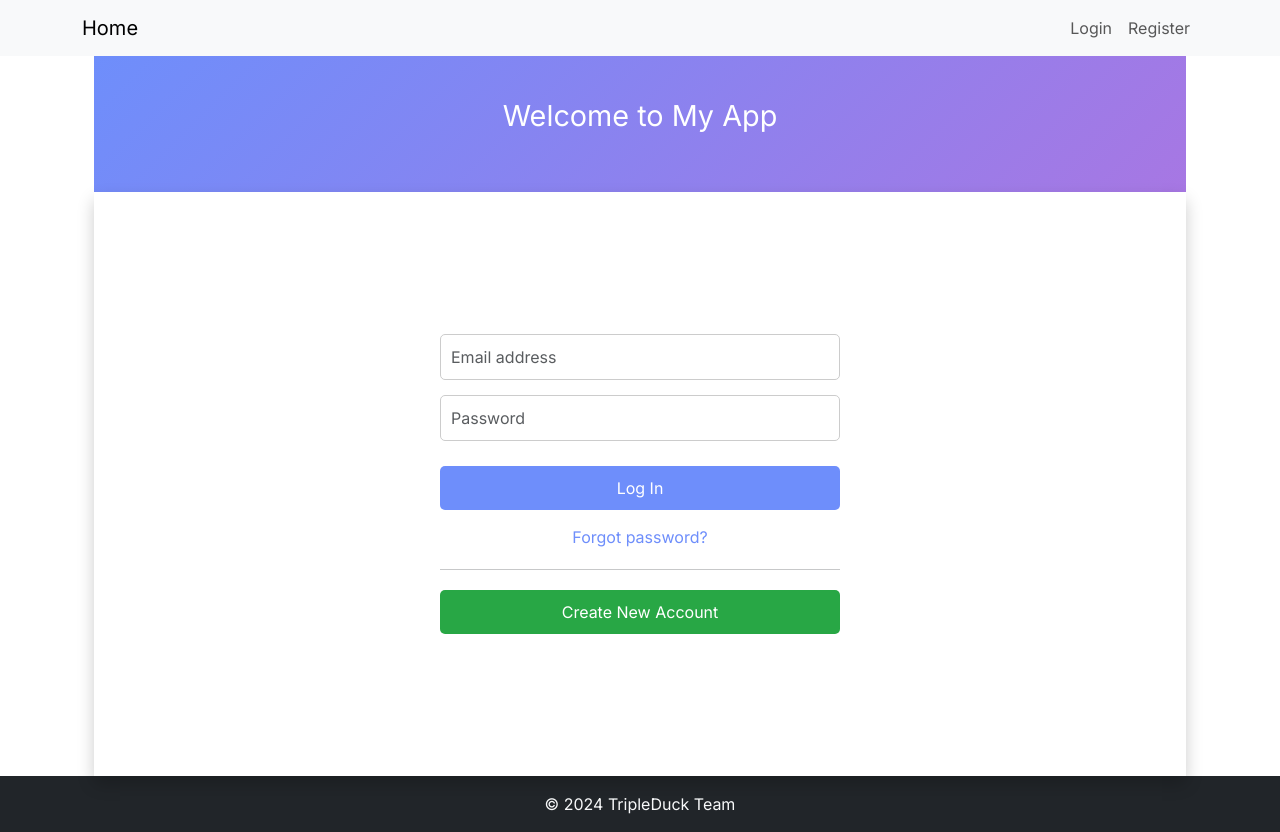
Repository: tdphong1293/KHDL01_DemoWebKafka
Page: /auth/login (app in Frontend_Client/)
An editor plug-in stored every save of this project. The page is shown before and after a run of saves, followed by the edit.
The browser window is 1280 px wide. The pictures show the whole page.
The project was rebuilt for these pictures with package versions that can differ from the ones it lists, and the page was loaded fresh each time. The framework's server and built-in components were replaced by stand-ins that run in the browser. Also part of the build but not shown: Frontend_Client/next.config.mjs.

Above is the page before, as saved 2024-07-21 20:50:22.

After the next 3 saves:
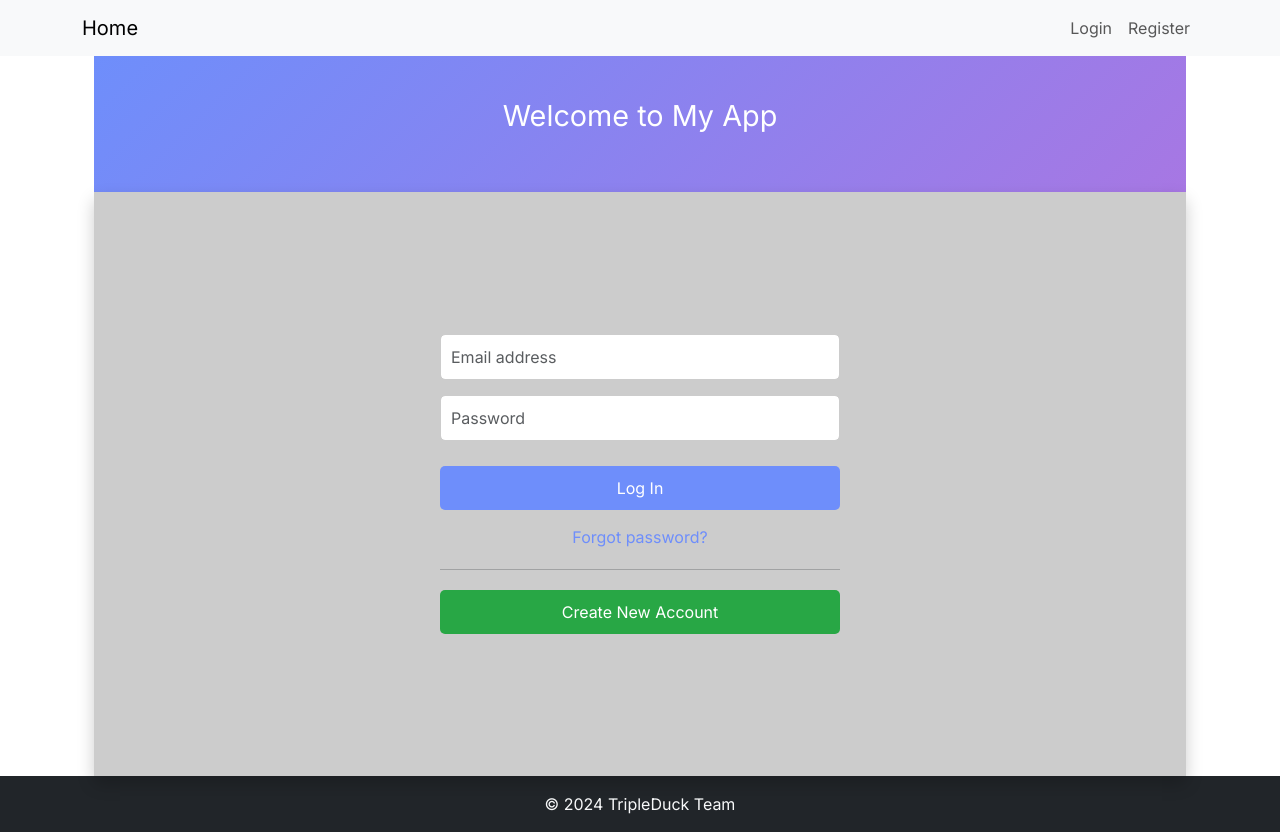
The 3 saves are shown as one change because they came seconds apart.
The last was saved 11 s later.
--- a/Frontend_Client/src/styles/page.module.css
+++ b/Frontend_Client/src/styles/page.module.css
@@ -252,7 +252,7 @@
   display: flex;
   align-items: center;
   justify-content: center;
-  background: ;
+  background: rgba(0, 0, 0, 0.2);
   box-shadow: 0 8px 16px rgba(0, 0, 0, 0.2);
   padding: 20px;
 }

After the 2 saves that followed:
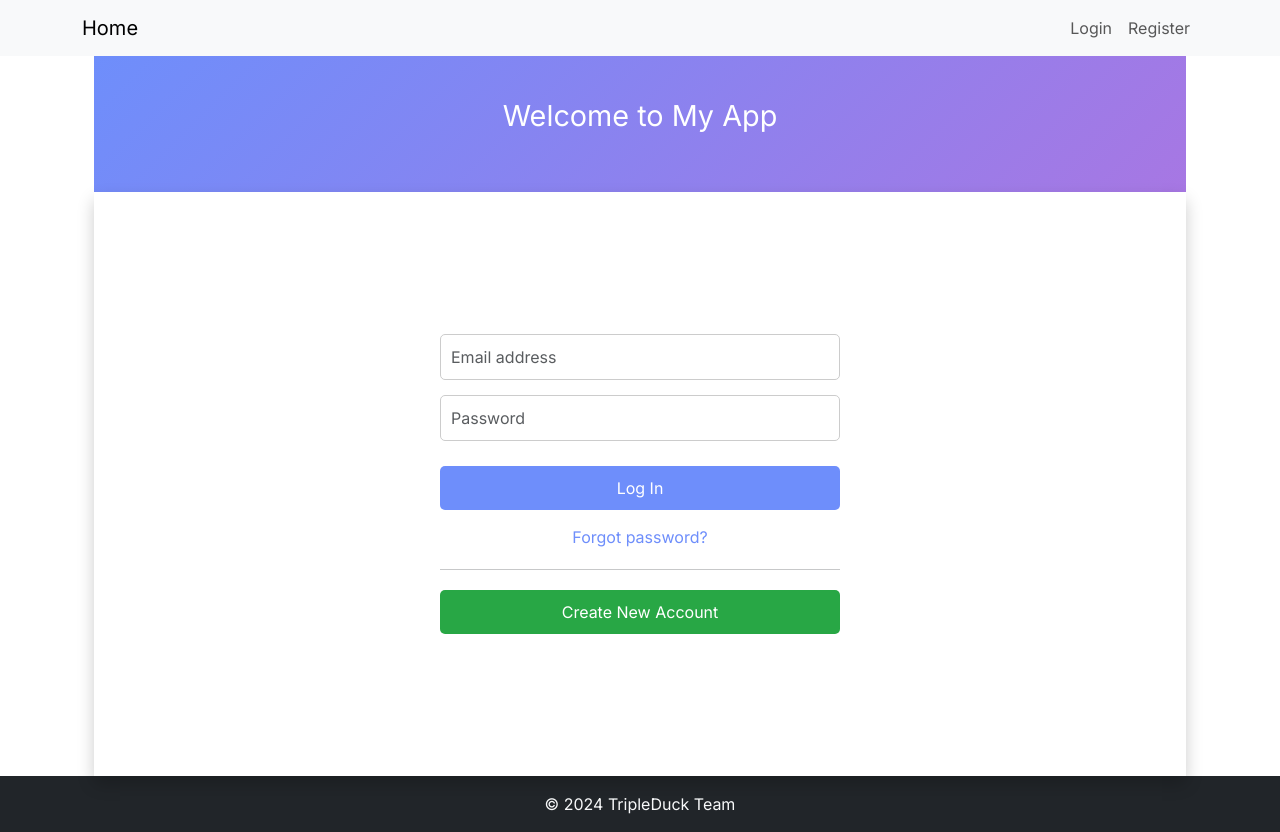
The 2 saves are shown as one change because they came seconds apart.
The last was saved 12 s later.
--- a/Frontend_Client/src/styles/page.module.css
+++ b/Frontend_Client/src/styles/page.module.css
@@ -252,7 +252,7 @@
   display: flex;
   align-items: center;
   justify-content: center;
-  background: rgba(0, 0, 0, 0.2);
+  background: rgba(255, 255, 255, 0.2);
   box-shadow: 0 8px 16px rgba(0, 0, 0, 0.2);
   padding: 20px;
 }
